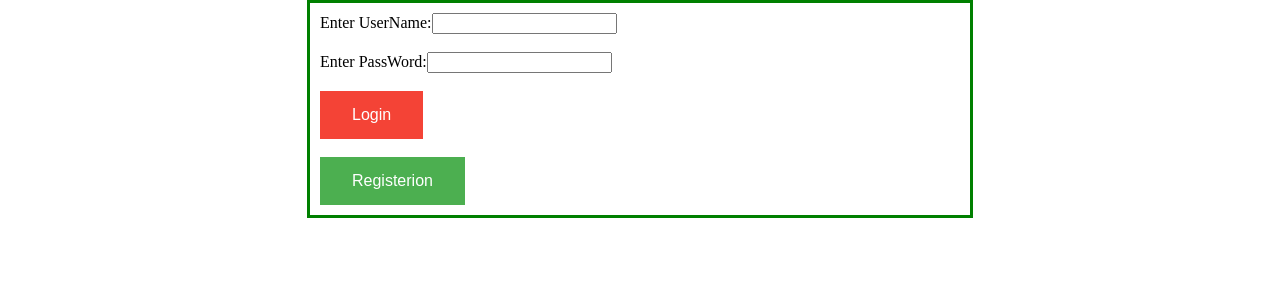
Repository: srikanthModugu/jdbc-servlet-jsp
Page: SutudentRegistration/WebContent/LoginPage.html
An editor plug-in stored every save of this project. The page is shown before and after the next save, followed by the edit.
The browser window is 1280 px wide. The pictures show the whole page.

Above is the page before, as saved 2017-10-02 14:22:33.

After the next save:
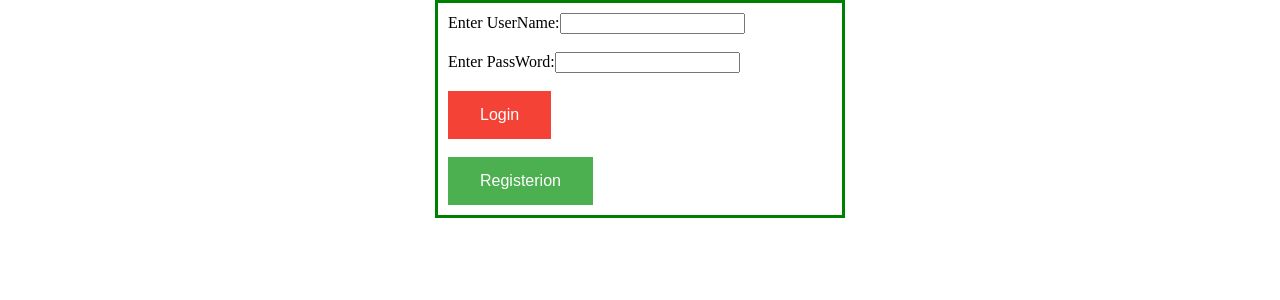
Saved 25 s later.
--- a/SutudentRegistration/WebContent/LoginPage.html
+++ b/SutudentRegistration/WebContent/LoginPage.html
@@ -14,7 +14,7 @@
 }
  .center {
     margin: auto;
-    width: 50%;
+    width: 30%;
     border: 3px solid green;
     padding: 10px;
     top: 20px;
